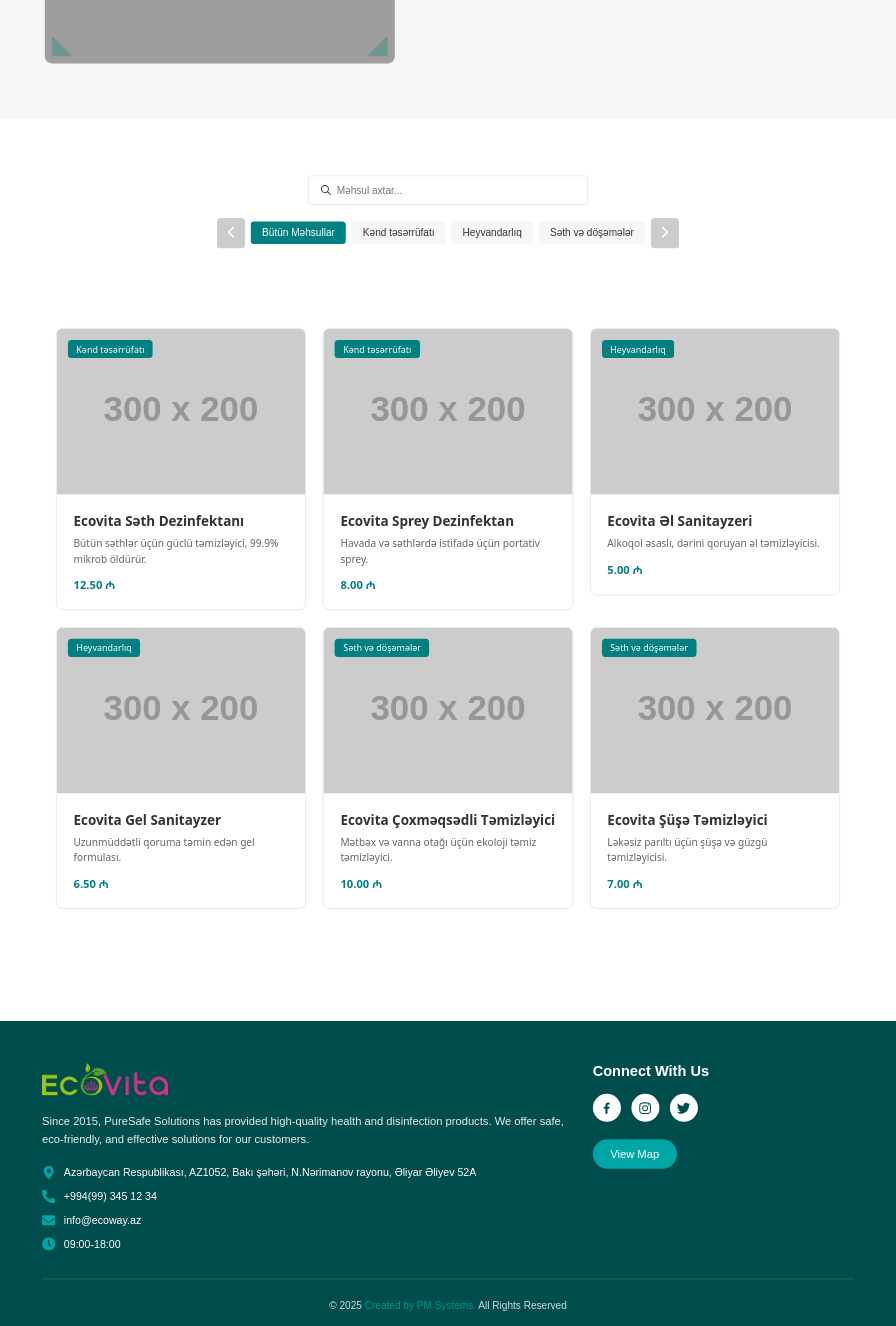
Repository: ferhadsultan98/ecovita
Page: /
The author's editor kept a copy of each file at every save. The page is drawn from the files as they stood at one save, then again after a run of saves.
The browser window is 1280 px wide. The pictures show the part of the page from y = 1381 to 3301 px (the page is 3275 px tall before and 3301 px after), at 70% of full size.
Pictures or frames that could not be fetched are drawn as grey boxes. The project was rebuilt for these pictures with package versions that can differ from the ones it lists, and the page was loaded fresh each time. Also part of the build but not shown: vite.config.js.

Above is the page before, as saved 2025-05-02 11:51:55.

After the next 2 saves:
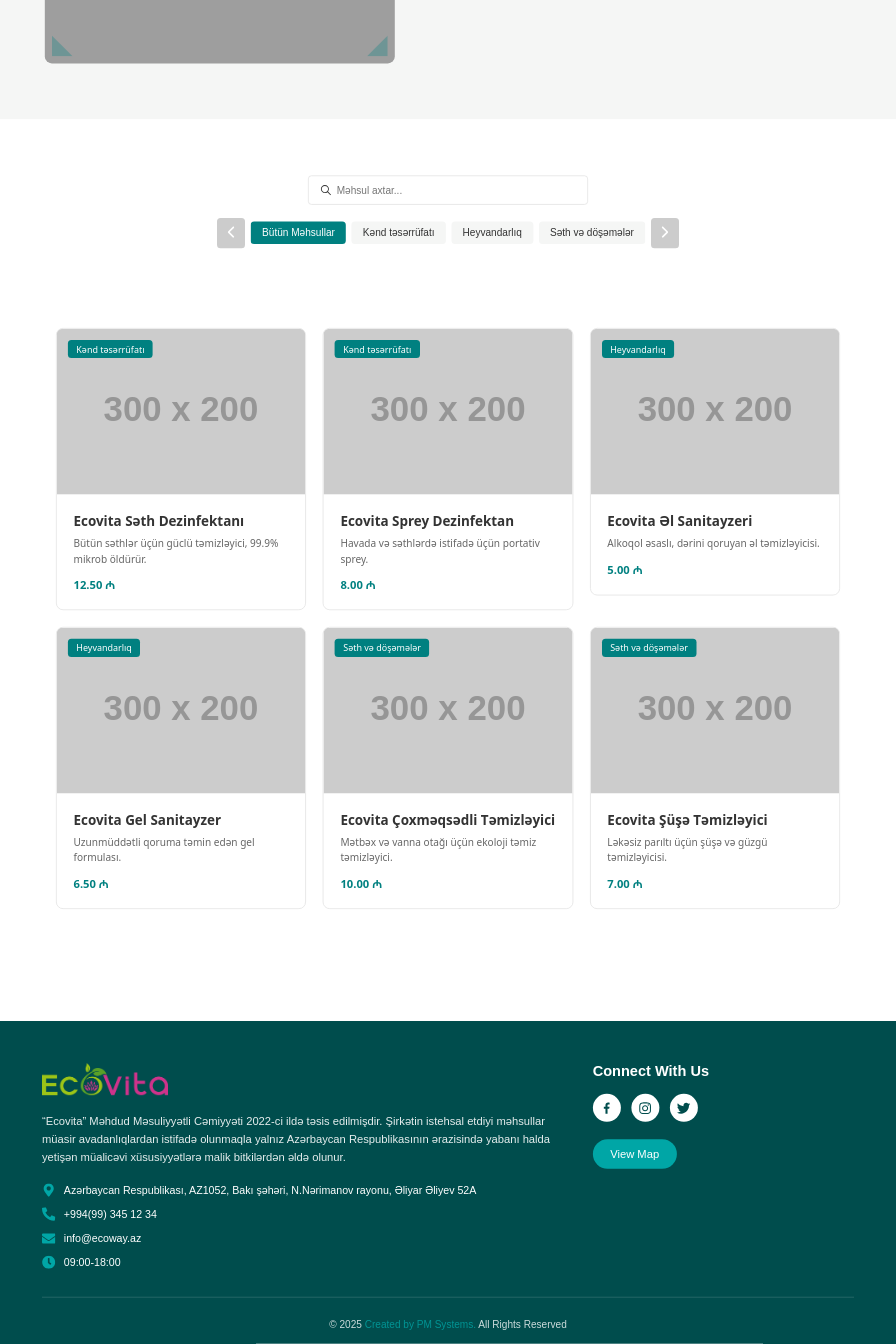
The 2 saves are shown as one change because they came seconds apart.
The last was saved 45 s later.
--- a/src/Components/Common/Footer/Footer.jsx
+++ b/src/Components/Common/Footer/Footer.jsx
@@ -37,14 +37,19 @@
             <div className="footerInfo">
               <img src={footerLogo} alt="footerLogo" className="footerLogo" />
               <p className="footerDescription">
-                Since 2015, PureSafe Solutions has provided high-quality health
-                and disinfection products. We offer safe, eco-friendly, and
-                effective solutions for our customers.
+                “Ecovita” Məhdud Məsuliyyətli Cəmiyyəti 2022-ci ildə təsis
+                edilmişdir. Şirkətin istehsal etdiyi məhsullar müasir
+                avadanlıqlardan istifadə olunmaqla yalnız Azərbaycan
+                Respublikasının ərazisində yabanı halda yetişən müalicəvi
+                xüsusiyyətlərə malik bitkilərdən əldə olunur.
               </p>
               <div className="footerContactItems">
                 <div className="contactItem">
                   <FaMapMarkerAlt />
-                  <span>Azərbaycan Respublikası, AZ1052, Bakı şəhəri, N.Nərimanov rayonu, Əliyar Əliyev 52A</span>
+                  <span>
+                    Azərbaycan Respublikası, AZ1052, Bakı şəhəri, N.Nərimanov
+                    rayonu, Əliyar Əliyev 52A
+                  </span>
                 </div>
                 <div className="contactItem">
                   <FaPhoneAlt />
